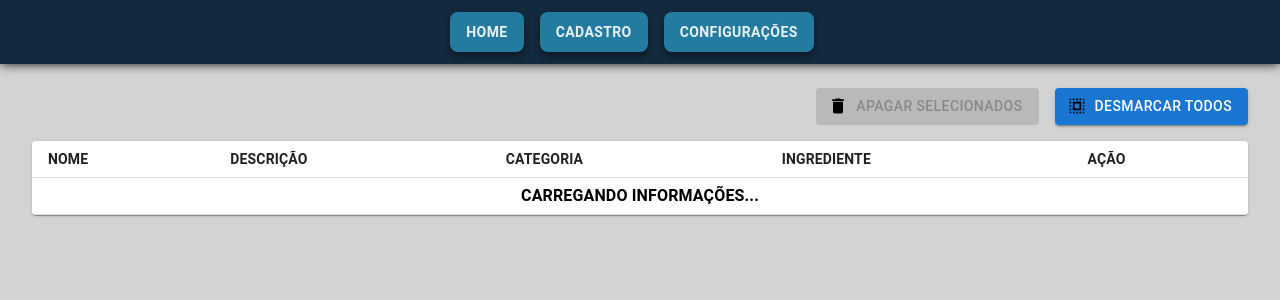
Repository: oZanella/projeto_windel_web_CRM
Page: /
The author's editor kept a copy of each file at every save. The page is drawn from the files as they stood at one save, then again after a run of saves.
The browser window is 1280 px wide. The pictures show the whole page.
The page's requests for data from a server got no answer. The project was rebuilt for these pictures with package versions that can differ from the ones it lists, and the page was loaded fresh each time. No one was signed in, and anything a server would have sent is missing. Also part of the build but not shown: vite.config.js, src/routes/Configuracoes.jsx. Imported but missing from the stored project, and not drawn on this page: src/routes/Cadastro.jsx.

Above is the page before, as saved 2024-08-19 10:38:03.

### index.html
<!doctype html>
<html lang="en">

<head>
  <meta charset="UTF-8" />
  <link rel="icon" type="image/svg+xml" href="./src/image/LogoWindel.svg" />
  <link rel="stylesheet" href="src/style/GlobalStyles.css" />
  <link href="https://fonts.googleapis.com/css2?family=Playfair+Display&display=swap" rel="stylesheet">

  <meta name="viewport" content="width=device-width, initial-scale=1.0" />
  <title>Projeto Teste - CRM </title>
</head>

<body>
  <div id="root"></div>
  <script type="module" src="/src/main.jsx"></script>
</body>

</html>

### src/style/GlobalStyles.css
:root {
  --click: #7fa8c4;
  --primary: #E8F1F2;
  --darkblue: #13293D;
  --secondary: #000000;
  --ligthblue: #1b98e0;
  --animation: #006494;
  --ligthkgrey: #D3D3D3;
  --blueceledron: #247ba0;
  --delete: #FF0000;
}

* {
    color: var(--secondary);
}

body {
  background-color: var(--ligthkgrey);
}

### src/main.jsx
import { createBrowserRouter, RouterProvider, Navigate } from "react-router-dom"
import { createRoot } from 'react-dom/client'
import { StrictMode } from 'react'
import { App } from './App.jsx'

import './style/GlobalStyles.css'

//páginas do projeto
import { Cadastro } from './routes/Cadastro.jsx'
import { Home } from './routes/Home.jsx'
import { Configuracoes } from './routes/configuracoes.jsx'

const router = createBrowserRouter([
  {
    element: <App />,
    children: [
      {
        path: '/',
        element: <Navigate to="/home" replace />,
      },
      {
        path: '/home',
        element: <Home />,
      },
      {
        path: '/cadastro',
        element: <Cadastro />,
      },
      {
        path: '/configuracoes',
        element: <Configuracoes />,
      },
    ],
  },
])

createRoot(document.getElementById('root')).render(
  <StrictMode>
    <RouterProvider router={router} />
  </StrictMode>,
)

### src/App.jsx
import { Header } from './components/Header'
import { Outlet } from 'react-router-dom'
import { Box } from '@mui/material'
import './style/GlobalStyles.css'

export function App() {
  return (
    <Box sx={{ p: { xs: 2, sm: 3 }, marginTop: { xs: 8, sm: 8 } }}>
      <Header />
      <Box>
        <Outlet />
      </Box>
    </Box>
  );
}

### src/routes/Home.jsx
import React, { useEffect, useState } from 'react';
import { Box, TextField, Button, Dialog, DialogActions, DialogContent, DialogTitle, Select, MenuItem, FormControl, InputLabel } from '@mui/material';

import { handleShowDetails, handleEdit, handleSave, handleInputChange } from '../components/Handle';
import { CardDados } from '../components/TableHome';

import { blogFetch } from '../axios/config';


export const Home = () => {
  const [posts, setPosts] = useState([]);
  const [selectInfo, setSelectInfo] = useState(null);
  const [modeEdit, setModeEdit] = useState(null);
  const [dataEdit, setDataEdit] = useState({});
  const [openAddDialog, setOpenAddDialog] = useState(false);
  const [newPost, setNewPost] = useState({ name: '', description: '', category: '' });

  const getPosts = async () => {
    try {
      const response = await blogFetch.get("/recipe");
      const uniqueData = response.data.filter((value, index, self) =>
        index === self.findIndex((t) => t.id === value.id)
      );
      setPosts(uniqueData); // Garante que não tenha dados duplicados
    } catch (error) {
      console.log(error);
    }
  };

  useEffect(() => {
    getPosts();
  }, []);

  const handleDelete = async (postId) => {
    try {
      await blogFetch.delete(`/recipe/${postId}`);
      setPosts(posts.filter(post => post.id !== postId));
      console.log('Post deletado com sucesso');
    } catch (error) {
      console.error('Erro ao deletar o post', error);
    }
  };

  const handleAddOpen = () => setOpenAddDialog(true);
  const handleAddClose = () => setOpenAddDialog(false);

  {/* API para envio do novo registro*/ }
  const handleAdd = async () => {
    try {
      const newPostFormatted = {
        name: newPost.name,
        description: newPost.description,
        ingredients: [],
        category: newPost.category,
        isFavorite: newPost.isFavorite
      };

      const response = await blogFetch.post("/recipe", newPostFormatted);
      setPosts([...posts, response.data]);
      setNewPost({ name: '', description: '', category: '', isFavorite: false });
      handleAddClose();
      console.log('Post adicionado com sucesso');
    } catch (error) {
      console.error('Erro ao adicionar o post', error);
    }
  };

  return (
    <Box>
      {/* Dados para Adicionar Novo Registro */}
      <Dialog open={openAddDialog} onClose={handleAddClose}>
        <DialogTitle>Adicionar Novo Registro</DialogTitle>
        <DialogContent>
          <TextField
            name="name"
            label="Nome"
            value={newPost.name}
            onChange={(e) => setNewPost({ ...newPost, name: e.target.value })}
            fullWidth
            sx={{ marginBottom: 2 }}
          />
          <TextField
            name="description"
            label="Descrição"
            value={newPost.description}
            onChange={(e) => setNewPost({ ...newPost, description: e.target.value })}
            fullWidth
            sx={{ marginBottom: 2 }}
          />
          <TextField
            name="category"
            label="Categoria"
            value={newPost.category}
            onChange={(e) => setNewPost({ ...newPost, category: e.target.value })}
            fullWidth
            sx={{ marginBottom: 2 }}
          />
          <FormControl fullWidth sx={{ marginBottom: 2 }}>
            <InputLabel>Favorito</InputLabel>
            <Select
              name="isFavorite"
              value={newPost.isFavorite}
              onChange={(e) => setNewPost({ ...newPost, isFavorite: e.target.value })}
              label="Favorito"
            >
              <MenuItem value={true}>Sim</MenuItem>
              <MenuItem value={false}>Não</MenuItem>

            </Select>
          </FormControl>
        </DialogContent>
        <DialogActions>
          <Button onClick={handleAddClose}>Cancelar</Button>
          <Button onClick={handleAdd}>Adicionar</Button>
        </DialogActions>
      </Dialog>

      <CardDados
        posts={posts}
        handleDelete={handleDelete}
        handleEdit={handleEdit}
        handleSave={handleSave}
        modeEdit={modeEdit}
        setModeEdit={setModeEdit}
        dataEdit={dataEdit}
        setDataEdit={setDataEdit}
        handleInputChange={handleInputChange}
        selectInfo={selectInfo}
        setSelectInfo={setSelectInfo}
        handleShowDetails={handleShowDetails}
      />
    </Box>
  );
};

### src/components/Header.jsx
import { AppBar, Toolbar, Typography, Box, Button, IconButton } from '@mui/material';
import Logo from '../image/LogoWindel.svg';
import { Link } from 'react-router-dom';
import React from 'react';

export const Header = () => {
  return (

    // Header fundo 1 //
    <AppBar
      position="fixed"
      sx={{
        width: '100%',
        boxShadow: '0px 0.01px 11px var(--secondary)',
        top: 0,
        left: 0,
      }}
    >

      {/* Header fundo 2 */}
      <Toolbar
        sx={{
          display: 'flex',
          alignItems: 'center',
          padding: { xs: '0px', sm: '0px' },
          justifyContent: 'space-between',
          height: '64px',
          minHeight: '64px',
          backgroundColor: 'var(--darkblue)',
          boxSizing: 'border-box',
        }}
      >

        {/* Botões */}
        <Box
          sx={{
            mr: { xs: 0, sm: 2 },
            gap: 2,
            display: 'flex',
            alignItems: 'center',
            flexGrow: { xs: 1, sm: 1},
            justifyContent: { xs: 'center' },
            '& .MuiButton-root': {
              backgroundColor: 'var(--blueceledron)',
              color: 'var(--primary)',
              borderRadius: '8px',
              boxShadow: '0 4px 6px rgba(0, 0, 0, 0.4)',
              padding: '8px 16px',
              fontWeight: 'bold',
              textTransform: 'uppercase',
              transition: 'background-color 0.3s, transform 0.3s',

              // Animação
              '&:hover': {
                backgroundColor: 'var(--animation)',
                transform: 'scale(1.07)',
              },
              '&:active': {
                backgroundColor: 'var(--click)',
              },
            },
          }}
        >
          <Button variant="contained" component={Link} to={`/home`}>Home</Button>
          <Button variant="contained" component={Link} to={`/cadastro`}>Cadastro</Button>
          <Button variant="contained" component={Link} to={`/configuracoes`}>Configurações</Button>
        </Box>
      </Toolbar>
    </AppBar>
  );
};

### src/components/Handle.jsx

import { blogFetch } from '../axios/config';


export const handleShowDetails = (post, setSelectInfo, selectInfo) => {
  if (selectInfo?.id === post.id) {
    setSelectInfo(null); // Fecha se já estiver aberto
  } else {
    setSelectInfo(post); // Abre o post atual
  }
};

export const handleEdit = (post, setModeEdit, setDataEdit) => {
  setModeEdit(post.id);
  setDataEdit(post);
};

//continua com erro, verificar!!
export const handleSave = async (postId, updateData) => {
  try {
    // Envie uma requisição PUT ou POST para salvar os dados atualizados
    const response = await blogFetch.put(`/blogFetch/posts/${postId}`, updateData);
    console.log('Dados salvos com sucesso', response.data);

  } catch (error) {
    console.error('Erro de API', error);
  }
};

export const handleInputChange = (e, setDataEdit) => {
  setDataEdit(prevDataEdit => ({ ...prevDataEdit, [e.target.name]: e.target.value }));
};

### src/components/TableHome.jsx
import React, { useState, useEffect } from 'react';
import {
  Table, TableBody, TableCell, TableContainer, TableHead, TableRow, Typography, Box, Button, IconButton, TextField, Dialog, DialogContent, DialogActions, FormControlLabel, Switch, Chip, Paper, Checkbox
} from '@mui/material';
import EditIcon from '@mui/icons-material/Edit';
import SaveIcon from '@mui/icons-material/Save';
import AddIcon from '@mui/icons-material/Add';
import CloseIcon from '@mui/icons-material/Close';
import DeleteIcon from '@mui/icons-material/Delete';
import SelectAllIcon from '@mui/icons-material/SelectAll';
import axios from 'axios';

const API_BASE_URL = 'https://teste-tecnico-front-api.up.railway.app';

export const CardDados = ({
  posts, setPosts, handleDelete
}) => {
  const [openModal, setOpenModal] = useState(false);
  const [currentPost, setCurrentPost] = useState(null);
  const [dataEdit, setDataEdit] = useState({});
  const [newIngredient, setNewIngredient] = useState('');
  const [selectedPosts, setSelectedPosts] = useState([]);

  useEffect(() => {
    if (currentPost) {
      setDataEdit({ ...currentPost });
    }
  }, [currentPost]);

  const handleEditOpen = (post) => {
    setCurrentPost(post);
    setOpenModal(true);
  };

  const handleEditClose = () => {
    setOpenModal(false);
    setCurrentPost(null);
    setNewIngredient('');
  };

  const handleSaveModal = async () => {
    if (currentPost) {
      try {
        await axios.put(`${API_BASE_URL}/posts/${currentPost.id}`, dataEdit);
        const response = await axios.get(`${API_BASE_URL}/posts`);
        setPosts(response.data);
        handleEditClose();
      } catch (error) {
        console.error('Error ao salvar:', error);
      }
    }
  };

  const handleAddIngredient = () => {
    if (newIngredient.trim() !== '') {
      setDataEdit((prevData) => ({
        ...prevData,
        ingredients: [...(prevData.ingredients || []), newIngredient.trim()],
      }));
      setNewIngredient('');
    }
  };

  const handleRemoveIngredient = (ingredientToRemove) => {
    setDataEdit((prevData) => ({
      ...prevData,
      ingredients: (prevData.ingredients || []).filter((ingredient) => ingredient !== ingredientToRemove),
    }));
  };

  const handleSelectAll = () => {
    if (selectedPosts.length === posts.length) {
      setSelectedPosts([]); // Deselect all
    } else {
      setSelectedPosts(posts.map(post => post.id)); // Select all
    }
  };

  const handleDeleteSelected = async () => {
    try {
      await Promise.all(selectedPosts.map(id => axios.delete(`${API_BASE_URL}/posts/${id}`)));
      const response = await axios.get(`${API_BASE_URL}/posts`);
      setPosts(response.data);
      setSelectedPosts([]);
    } catch (error) {
      console.error('Error ao apagar os registros:', error);
    }
  };

  const handleSelectPost = (id) => {
    setSelectedPosts(prevSelected =>
      prevSelected.includes(id)
        ? prevSelected.filter(postId => postId !== id)
        : [...prevSelected, id]
    );
  };

  return (
    <>
      <Box sx={{ display: 'flex', justifyContent: 'flex-end', mb: 2 }}>
        <Button
          variant="contained"
          color="error"
          startIcon={<DeleteIcon />}
          onClick={handleDeleteSelected}
          disabled={selectedPosts.length === 0}
          sx={{ marginRight: 2 }}
        >
          Apagar Selecionados
        </Button>
        <Button
          variant="contained"
          color="primary"
          startIcon={<SelectAllIcon />}
          onClick={handleSelectAll}
        >
          {selectedPosts.length === posts.length ? 'Desmarcar Todos' : 'Selecionar Todos'}
        </Button>
      </Box>

      {/* Tabela aonde aparece os dados */}
      <TableContainer component={Paper} sx={{ overflowX: 'auto' }}>
        <Table size='small'>
          <TableHead>
            <TableRow>
              <TableCell sx={{ fontWeight: 'bold', textTransform: 'uppercase' }}>Nome</TableCell>
              <TableCell sx={{ fontWeight: 'bold', textTransform: 'uppercase' }}>Descrição</TableCell>
              <TableCell sx={{ fontWeight: 'bold', textTransform: 'uppercase' }}>Categoria</TableCell>
              <TableCell sx={{ fontWeight: 'bold', textTransform: 'uppercase' }}>Ingrediente</TableCell>
              <TableCell sx={{ fontWeight: 'bold', textTransform: 'uppercase' }}>Ação</TableCell>
            </TableRow>
          </TableHead>
          <TableBody>
            {posts.length === 0 ? (
              <TableRow>
                <TableCell colSpan={5} align="center">
                  <Typography variant="body1" sx={{ fontWeight: 'bold', textTransform: 'uppercase' }}>Carregando informações...</Typography>
                </TableCell>
              </TableRow>
            ) : (
              posts.map((post) => (
                <TableRow sx={{ height: 'auto' }} key={post.id}>
                  <TableCell sx={{ padding: '8px' }}>
                    {post.name}
                  </TableCell>
                  <TableCell sx={{ padding: '8px' }}>{post.description}</TableCell>
                  <TableCell sx={{ padding: '8px' }}>{post.category}</TableCell>

                  <TableCell sx={{ padding: '8px' }}>
                    <Box sx={{
                      display: 'flex',
                      flexWrap: 'wrap',
                      overflowX: 'auto',
                      gap: 1,
                      width: '100%',
                    }}>
                      {post.ingredients && post.ingredients.length > 0 ? (
                        post.ingredients.map((ingredient) => (
                          <Box
                            key={ingredient.id}
                            sx={{
                              display: 'flex',
                              flexDirection: 'column',
                              alignItems: 'flex-start',
                              marginRight: 1,
                              marginBottom: 1,
                            }}
                          >
                            <Typography variant="body1">{ingredient.name}</Typography>
                            <Typography variant="body2" color="textSecondary">
                              Quantidade: {ingredient.quantity}
                            </Typography>
                          </Box>
                        ))
                      ) : (
                        <Typography variant="body2">Nenhum ingrediente disponível</Typography>
                      )}
                    </Box>
                  </TableCell>

                  <TableCell>
                    <Box sx={{ display: 'flex', alignItems: 'center' }}>
                      <Checkbox
                        checked={selectedPosts.includes(post.id)}
                        onChange={() => handleSelectPost(post.id)}
                        color="primary"
                      />
                      <IconButton
                        color="primary"
                        onClick={() => handleEditOpen(post)}
                        sx={{ mr: 1 }}
                      >
                        <EditIcon />
                      </IconButton>
                      <IconButton
                        color="error"
                        onClick={() => handleDelete(post.id)}
                      >
                        <DeleteIcon />
                      </IconButton>
                    </Box>
                  </TableCell>
                </TableRow>
              ))
            )}
          </TableBody>
        </Table>
      </TableContainer>

      {/* Modal de edição */}
      <Dialog open={openModal} onClose={handleEditClose} fullWidth maxWidth="sm">
        <DialogContent>
          {currentPost && (
            <Box component="form" sx={{ display: 'flex', flexDirection: 'column', gap: 2 }}>
              <TextField
                name="name"
                label="Nome"
                value={dataEdit.name || ''}
                onChange={(e) => setDataEdit({ ...dataEdit, name: e.target.value })}
                fullWidth
                sx={{ marginBottom: 2 }}
              />
              <TextField
                name="description"
                label="Descrição"
                value={dataEdit.description || ''}
                onChange={(e) => setDataEdit({ ...dataEdit, description: e.target.value })}
                fullWidth
                sx={{ marginBottom: 2 }}
              />
              <TextField
                name="category"
                label="Categoria"
                value={dataEdit.category || ''}
                onChange={(e) => setDataEdit({ ...dataEdit, category: e.target.value })}
                fullWidth
                sx={{ marginBottom: 2 }}
              />
              <FormControlLabel
                control={
                  <Switch
                    checked={dataEdit.isFavorite || false}
                    onChange={(e) => setDataEdit({ ...dataEdit, isFavorite: e.target.checked })}
                    name="isFavorite"
                    color="primary"
                  />
                }
                label="Favorito"
                sx={{ marginTop: 1 }}
              />
              <Box sx={{ marginTop: 2 }}>
                <Typography variant="h6" sx={{ mb: 1 }}>Ingredientes</Typography>
                {dataEdit.ingredients && dataEdit.ingredients.map((ingredient, index) => (
                  <Chip
                    key={index}
                    label={`${ingredient.name} (${ingredient.quantity})`}
                    onDelete={() => handleRemoveIngredient(ingredient)}
                    sx={{ marginRight: 1, marginBottom: 1 }}
                    deleteIcon={<CloseIcon />}
                  />
                ))}
                <Box sx={{ display: 'flex', alignItems: 'center', mt: 2 }}>
                  <TextField
                    value={newIngredient}
                    onChange={(e) => setNewIngredient(e.target.value)}
                    label="Novo ingrediente"
                    variant="outlined"
                    size="small"
                    sx={{ marginRight: 1 }}
                  />
                  <Button
                    variant="contained"
                    color="primary"
                    onClick={handleAddIngredient}
                    startIcon={<AddIcon />}
                  >
                    Adicionar
                  </Button>
                </Box>
              </Box>
            </Box>
          )}
        </DialogContent>
        <DialogActions>
          <Button onClick={handleEditClose} color="inherit">
            Cancelar
          </Button>
          <Button
            onClick={handleSaveModal}
            color="primary"
            variant="contained"
            startIcon={<SaveIcon />}
          >
            Salvar
          </Button>
        </DialogActions>
      </Dialog>
    </>
  );
};

### src/axios/config.jsx
// src/axios/config.js
import axios from 'axios';

export const blogFetch = axios.create({
  baseURL: 'https://teste-tecnico-front-api.up.railway.app',
  headers: {
    'Content-Type': 'application/json',
  },
});

After the next 2 saves:
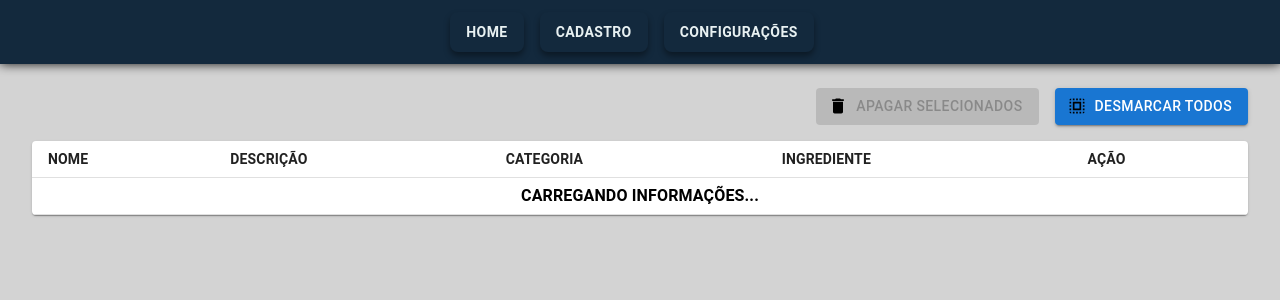
The 2 saves are shown as one change because they came seconds apart.
The last was saved 26 s later.
--- a/src/components/Header.jsx
+++ b/src/components/Header.jsx
@@ -41,7 +41,7 @@ export const Header = () => {
             flexGrow: { xs: 1, sm: 1},
             justifyContent: { xs: 'center' },
             '& .MuiButton-root': {
-              backgroundColor: 'var(--blueceledron)',
+              backgroundColor: 'transparent',
               color: 'var(--primary)',
               borderRadius: '8px',
               boxShadow: '0 4px 6px rgba(0, 0, 0, 0.4)',
